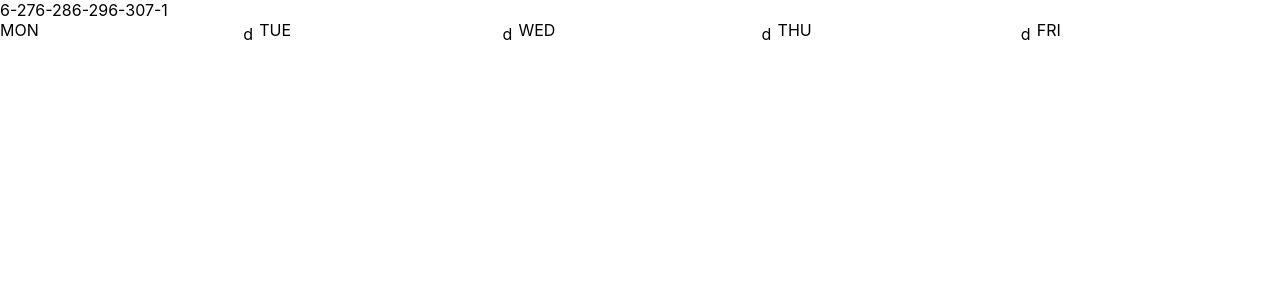
Repository: lplsz/Visionaries
Page: /test (app in frontend/)
The author's editor kept a copy of each file at every save. The page is drawn from the files as they stood at one save, then again after the next save.
The browser window is 1280 px wide. The pictures show the whole page.
The project was rebuilt for these pictures with package versions that can differ from the ones it lists, and the page was loaded fresh each time. Also part of the build but not shown: frontend/src/Main.jsx, frontend/src/component/HomeCard.jsx, frontend/src/component/StudentHeader.jsx, frontend/src/component/QACard.jsx, frontend/src/page/StudentMain.jsx, frontend/src/component/ExpertHeader.jsx, frontend/src/page/ExpertMain.jsx, frontend/src/page/StudentLogin.jsx and 6 more.

Above is the page before, as saved 2022-06-30 20:20:55.

### frontend/src/App.jsx
import React from 'react';
import {
  BrowserRouter,
  Routes,
  Route
} from 'react-router-dom';

import HomePage from './page/HomePage.jsx';
import StudentMain from './page/StudentMain';
import ExpertMain from './page/ExpertMain';
import StudentProfile from './page/StudentProfile';
import ExpertProfile from './page/ExpertProfile';
import StudentLogin from './page/StudentLogin';
import ExpertLogin from './page/ExpertLogin.jsx';
import StudentRegister from './page/StudentRegister.jsx';
import ExpertRegister from './page/ExpertRegister.jsx';
import StudentQAList from './page/StudentQAList.jsx';
import QACategory from './page/QACategory'
import ExpertAva from './page/ExpertAva.jsx';
import StudentFindExpert from './page/StudentFindExpert.jsx';
import Test from './page/Test.jsx'

function App() {
  return (
    <BrowserRouter>
      <Routes>
        <Route path="/" element={<HomePage />} />
        <Route path="/student_register" element={<StudentRegister />} />
        <Route path="/student_login" element={<StudentLogin />} />
        <Route path="/contributor_register" element={<ExpertRegister />} />
        <Route path="/contributor_login" element={<ExpertLogin />} />
        <Route path="/student_main" element={<StudentMain />} />
        <Route path="/expert_main" element={<ExpertMain />} />
        <Route path="/student_profile" element={<StudentProfile />} />
        <Route path="/expert_profile" element={<ExpertProfile />} />
        <Route path="/student_QA_list" element={<StudentQAList />} />
        <Route path="/QACategory" element={<QACategory />} />
        <Route path="/expert_ava" element={<ExpertAva />} />
        <Route path="/find_expert" element={<StudentFindExpert />} />
        <Route path="/test" element={<Test />}></Route>

      </Routes>
    </BrowserRouter>
  );
}

export default App;

### frontend/src/page/HomePage.jsx
/* eslint-disable no-unused-vars */
import React from 'react';
import CssBaseline from '@mui/material/CssBaseline';
import Grid from '@mui/material/Grid';
import Typography from '@mui/material/Typography';
import GlobalStyles from '@mui/material/GlobalStyles';
import Container from '@mui/material/Container';
import { useNavigate } from 'react-router-dom';
import { Copyright } from '../Main';
import HomeCard from '../component/HomeCard';
import LoginIcon from '@mui/icons-material/Login';
import AssignmentIndIcon from '@mui/icons-material/AssignmentInd';
import background from './img/background.jpg'

const tiers = [
  {
    icon: <LoginIcon fontSize="large" color="success"/>,
    title: 'Student',
    buttonText1: 'Sign up your account',
    buttonText2: 'Register for free',
    buttonVariant: 'outlined',
    navigator1: '/student_login',
    navigator2: '/student_register'
  },
  {
    icon: <AssignmentIndIcon fontSize="large" color="secondary"/>,
    title: 'Expert',
    buttonText1: 'Sign up your account',
    buttonText2: 'Register for free',
    buttonVariant: 'outlined',
    navigator1: '/Expert_login',
    navigator2: '/Expert_register'
  },
];

function HomePage () {
  const navigate = useNavigate();
  return (
    <div style = {{backgroundImage: `url(${background})`, backgroundSize: '100% 100%'}}>
      <GlobalStyles styles={{ ul: { margin: 0, padding: 0, listStyle: 'none' } }} />
      <CssBaseline />
      <Container disableGutters maxWidth="sm" component="main" sx={{ pt: 8, pb: 6 }}>
        <Typography
          component="h1"
          variant="h1"
          align="center"
          color="white"
          gutterBottom
        >
          Welcome to Visionaries!
        </Typography>
      </Container>
      <Container maxWidth="md" component="main">
        <Grid container spacing={5} alignItems="flex-end">
          {tiers.map((tier, index) => <HomeCard key={index} tier={tier} navigate={navigate} />)}
        </Grid>
      </Container>

      <Container
        maxWidth="md"
        component="footer"
        sx={{
          mt: 8,
          py: [3, 6],
        }}
      >
      </Container>
    </div>
  );
}

export default HomePage;

### frontend/src/page/StudentProfile.jsx
const StudentProfile = () => {

}
export default StudentProfile;

### frontend/src/page/ExpertProfile.jsx
const ExpertProfile = () => {

}
export default ExpertProfile;

### frontend/src/page/StudentQAList.jsx
const StudentQAList = () => {

}
export default StudentQAList;

### frontend/src/page/Test.jsx
import React, { useState } from 'react';

import Grid from '@mui/material/Grid';

function timeFormat(date) {
  if (!date || typeof (date) === "string") {
    this.error("参数异常，请检查...");
  }
  var y = date.getFullYear(); //年
  var m = date.getMonth() + 1; //月
  var d = date.getDate(); //日

  return m + "-" + d;
}

function getFirstDayOfWeek(date, i) {

  var weekday = date.getDay() || 7; //获取星期几,getDay()返回值是 0（周日） 到 6（周六） 之间的一个整数。0||7为7，即weekday的值为1-7

  date.setDate(date.getDate() - weekday + i);//往前算（weekday-1）天，年份、月份会自动变化
  return timeFormat(date);
}
function getDays(date) {
  const l = []
  for (let i = 1; i < 6; i++) {
    l.push(getFirstDayOfWeek(date, i))
  }
  return l
}

const Test = () => {
  const date = new Date('2022-06-30T00:00:00.000');
  const l = getDays(date)
  return (
    <div>
      <div> {getDays(date)}</div>
      <Grid container spacing={2}>
        <Grid item xs={2.4}>
          MON
        </Grid>
        <Grid item xs={2.4}>
          TUE
        </Grid>
        <Grid item xs={2.4}>
          WED
        </Grid>
        <Grid item xs={2.4}>
          THU
        </Grid>
        <Grid item xs={2.4}>
          FRI
        </Grid>
      </Grid>
      <Grid container spacing={2}>
        {l.map((d, i) => <Grid xs={2.4}>d</Grid>)}
      </Grid>
    </div>

  );
}
export default Test;

Loaded but not shown: frontend/public/index.html (common file); frontend/src/index.jsx (common file); frontend/src/index.css (common file)

After the next save:
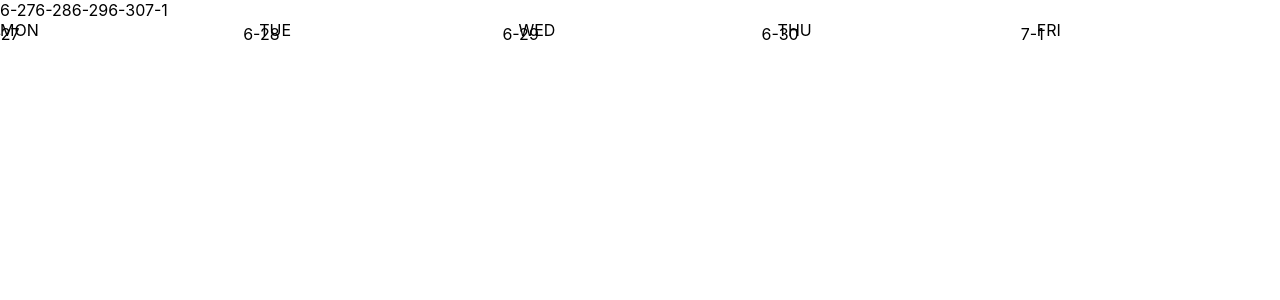
Saved 20 s later.
--- a/frontend/src/page/Test.jsx
+++ b/frontend/src/page/Test.jsx
@@ -52,7 +52,7 @@ const Test = () => {
         </Grid>
       </Grid>
       <Grid container spacing={2}>
-        {l.map((d, i) => <Grid xs={2.4}>d</Grid>)}
+        {l.map((d, i) => <Grid xs={2.4}>{d}</Grid>)}
       </Grid>
     </div>
 
